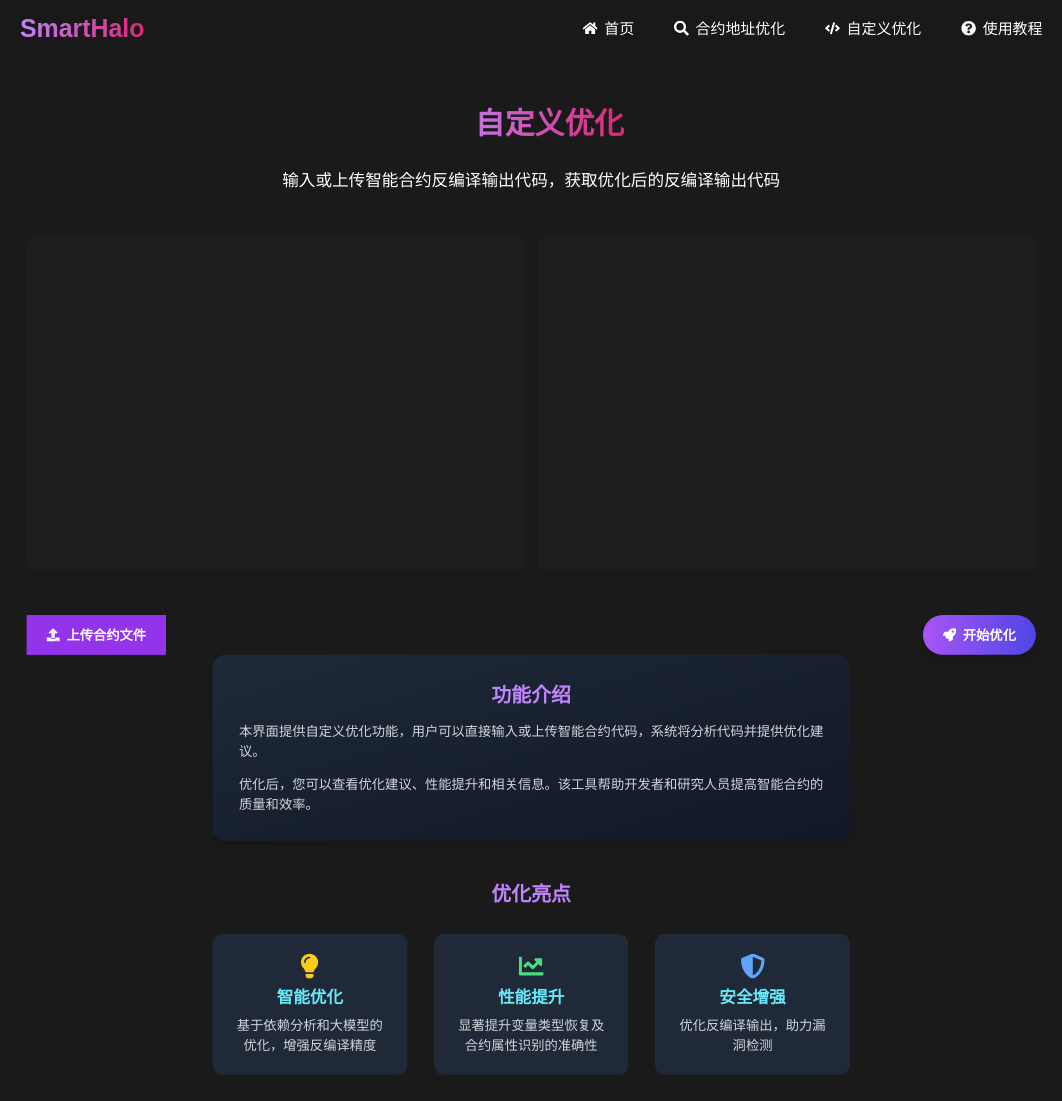
Repository: RunnerQuan/smart-halo
Page: /custom-optimization
These files come from the project's save history. The page is drawn as it stood at one moment and after the next save; the edit follows.
The browser window is 1280 px wide. The pictures show the whole page, at 83% of full size.
The project was rebuilt for these pictures with package versions that can differ from the ones it lists, and the page was loaded fresh each time. The framework's server and built-in components were replaced by stand-ins that run in the browser. Also part of the build but not shown: next.config.mjs.

Above is the page before, as saved 2024-10-18 16:50:35.

After the next save:
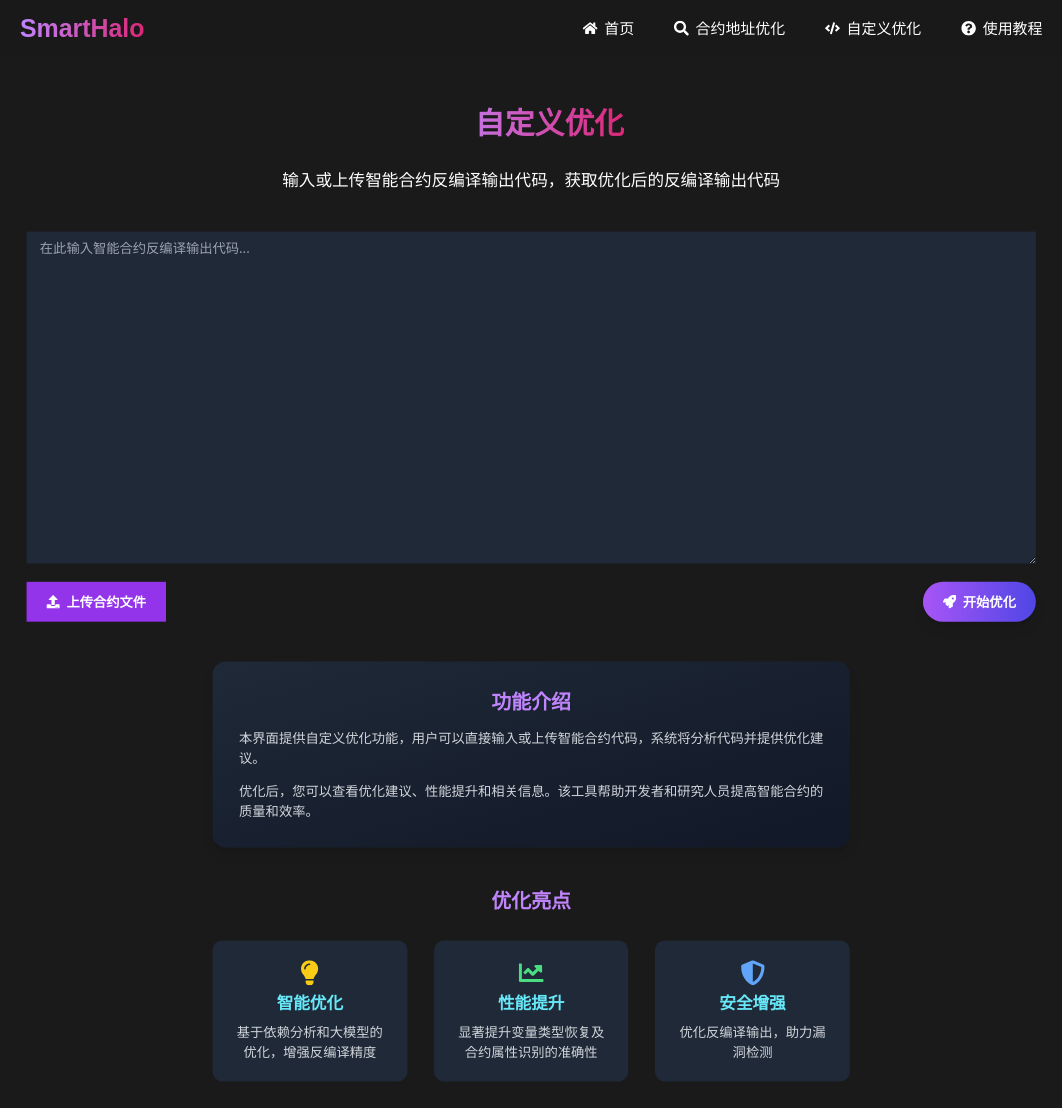
Saved 44 s later.
--- a/app/custom-optimization/page.tsx
+++ b/app/custom-optimization/page.tsx
@@ -1,29 +1,14 @@
 "use client";
 
-import { useState, useCallback } from 'react';
+import { useState } from 'react';
 import { motion } from 'framer-motion';
-import { Prism as SyntaxHighlighter } from 'react-syntax-highlighter';
-import { vscDarkPlus } from 'react-syntax-highlighter/dist/esm/styles/prism';
 import AnimatedButton from '../../components/ui/animated-button';
 import Navbar from '../../components/Navbar';
 import { FaCode, FaUpload, FaRocket, FaLightbulb, FaChartLine, FaShieldAlt } from 'react-icons/fa';
 
 export default function CustomOptimization() {
   const [contractCode, setContractCode] = useState('');
-  const [optimizedCode, setOptimizedCode] = useState('');
   const [showError, setShowError] = useState(false);
-
-  const handleFileUpload = useCallback((event: React.ChangeEvent<HTMLInputElement>) => {
-    const file = event.target.files?.[0];
-    if (file) {
-      const reader = new FileReader();
-      reader.onload = (e) => {
-        const content = e.target?.result as string;
-        setContractCode(content);
-      };
-      reader.readAsText(file);
-    }
-  }, []);
 
   const handleOptimize = () => {
     if (!contractCode.trim()) {
@@ -31,8 +16,8 @@ export default function CustomOptimization() {
       setTimeout(() => setShowError(false), 3000);
       return;
     }
-    // 这里应该是优化代码的逻辑，现在我们只是简单地复制代码
-    setOptimizedCode(contractCode);
+    // 这里应该是跳转到优化详情页的逻辑
+    window.location.href = '/optimization-details';
   };
 
   return (
@@ -58,61 +43,42 @@ export default function CustomOptimization() {
         </motion.p>
 
         <motion.div
-          className="w-full mx-auto mb-12 flex space-x-4"
+          className="w-full mx-auto mb-12"
           initial={{ opacity: 0, y: 50 }}
           animate={{ opacity: 1, y: 0 }}
           transition={{ duration: 0.5, delay: 0.4 }}
         >
-          <div className="w-1/2">
-            <SyntaxHighlighter
-              language="solidity"
-              style={vscDarkPlus}
-              showLineNumbers={true}
-              customStyle={{
-                height: '400px',
-                borderRadius: '0.5rem',
-                fontSize: '14px',
-              }}
+          <textarea
+            className="w-full h-[400px] bg-gray-800 text-white rounded-lg px-4 py-2 mb-4 focus:outline-none focus:ring-2 focus:ring-purple-500"
+            placeholder="在此输入智能合约反编译输出代码..."
+            value={contractCode}
+            onChange={(e) => setContractCode(e.target.value)}
+          ></textarea>
+          <div className="flex justify-between">
+            <label className="bg-purple-600 text-white px-6 py-3 rounded-lg cursor-pointer hover:bg-purple-700 transition-colors font-bold">
+              <FaUpload className="inline-block mr-2 mb-1" />
+              上传合约文件
+              <input type="file" className="hidden" onChange={(e) => {
+                // 这里应该是处理文件上传的逻辑
+                console.log("File uploaded:", e.target.files?.[0]);
+              }} />
+            </label>
+            <AnimatedButton onClick={handleOptimize}>
+              <FaRocket className="inline-block mr-2 mb-1" />
+              开始优化
+            </AnimatedButton>
+          </div>
+          {showError && (
+            <motion.p
+              className="text-red-500 text-center mt-2"
+              initial={{ opacity: 0 }}
+              animate={{ opacity: 1 }}
+              exit={{ opacity: 0 }}
             >
-              {contractCode}
-            </SyntaxHighlighter>
-          </div>
-          <div className="w-1/2">
-            <SyntaxHighlighter
-              language="solidity"
-              style={vscDarkPlus}
-              showLineNumbers={true}
-              customStyle={{
-                height: '400px',
-                borderRadius: '0.5rem',
-                fontSize: '14px',
-              }}
-            >
-              {optimizedCode}
-            </SyntaxHighlighter>
-          </div>
+              请输入或上传合约代码
+            </motion.p>
+          )}
         </motion.div>
-        <div className="flex justify-between w-full">
-          <label className="bg-purple-600 text-white px-6 py-3 rounded-lg cursor-pointer hover:bg-purple-700 transition-colors font-bold">
-            <FaUpload className="inline-block mr-2 mb-1" />
-            上传合约文件
-            <input type="file" className="hidden" accept=".sol" onChange={handleFileUpload} />
-          </label>
-          <AnimatedButton onClick={handleOptimize}>
-            <FaRocket className="inline-block mr-2 mb-1" />
-            开始优化
-          </AnimatedButton>
-        </div>
-        {showError && (
-          <motion.p
-            className="text-red-500 text-center mt-2"
-            initial={{ opacity: 0 }}
-            animate={{ opacity: 1 }}
-            exit={{ opacity: 0 }}
-          >
-            请输入或上传合约代码
-          </motion.p>
-        )}
 
         <motion.div
           className="bg-gradient-to-br from-gray-800 to-gray-900 rounded-2xl p-8 mb-12 w-full max-w-3xl mx-auto shadow-lg"
